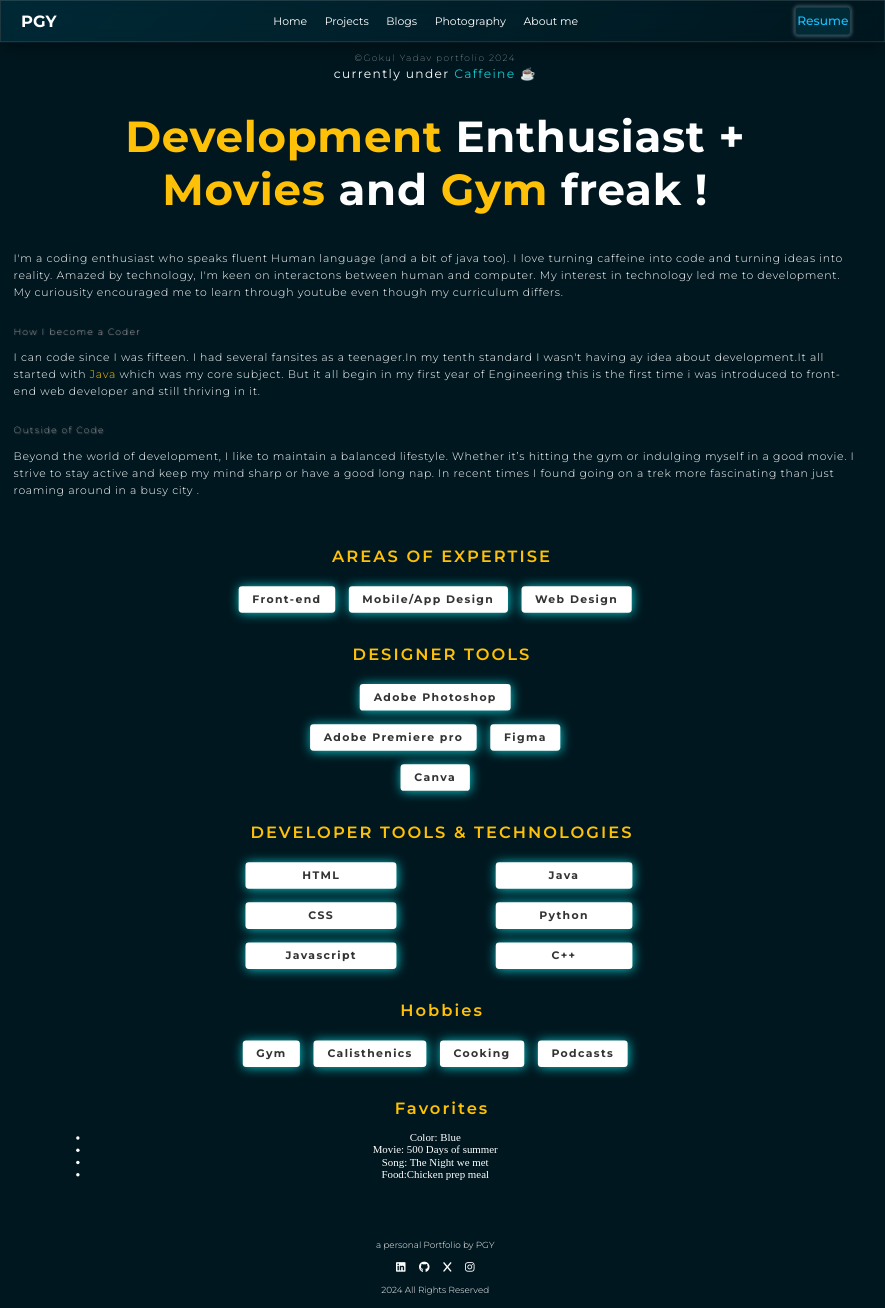
Repository: pgyunknown/pgyunknown
Page: aboutme.html
These files come from the project's save history. The page is drawn as it stood at one moment and after the next save; the edit follows.
The browser window is 1280 px wide. The page is 1302 px wide, so the pictures cover 1302 px, including what lies to the right of the window. The pictures show the whole page, at 68% of full size.
Some web libraries are served in a nearby version.

Above is the page before, as saved 2024-08-25 14:47:18.

After the next save:
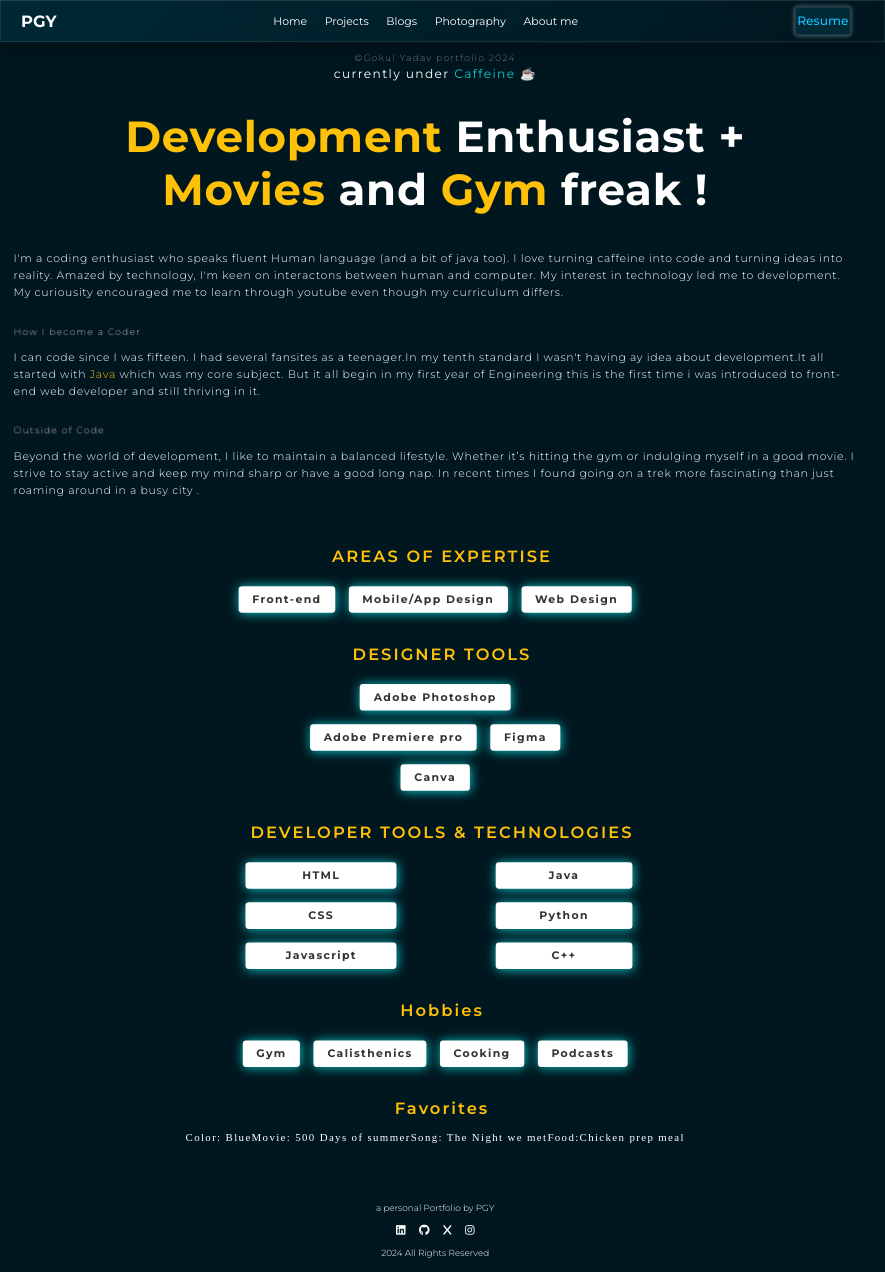
Saved 4 s later.
--- a/aboutme.css
+++ b/aboutme.css
@@ -263,7 +263,14 @@ main .aboutme span{
 }
 
 .fav ul{
-
+        list-style: none;
+    padding: 0;
+    margin: 0;
+    display: flex;
+    flex-direction: row;
+    flex-wrap: wrap;
+    justify-content: center;
+    letter-spacing: 2px;
 }
 
 
